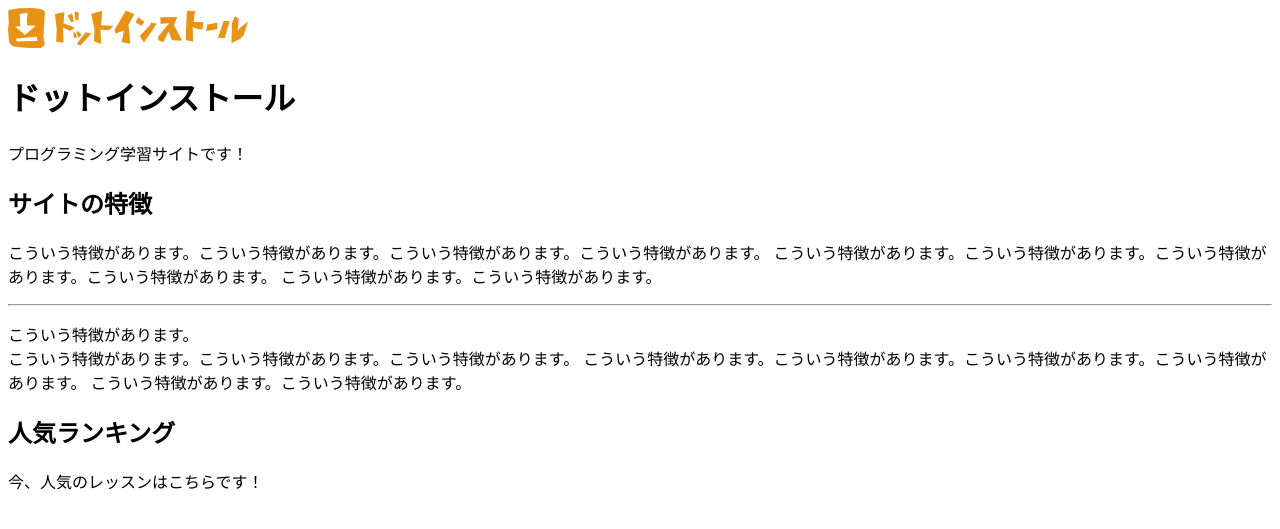
Repository: kojimayu/dotinstall-html
Page: index.html
The author's editor kept a copy of each file at every save. The page is drawn from the files as they stood at one save, then again after the next save.
The browser window is 1280 px wide. The pictures show the whole page.

Above is the page before, as saved 2019-04-04 14:48:56.

After the next save:
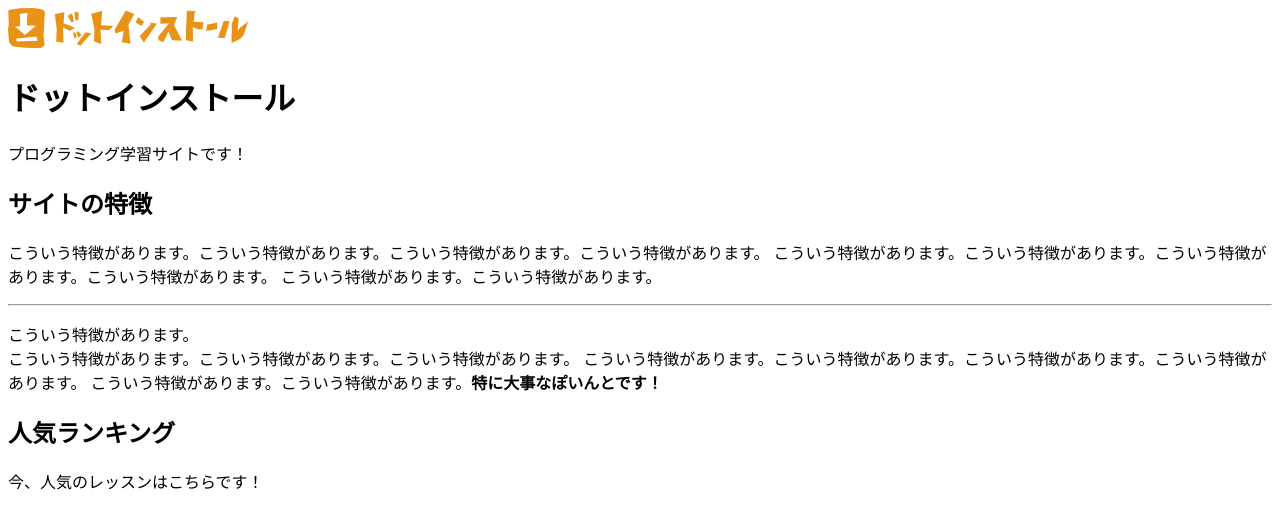
Saved 38 s later.
--- a/index.html
+++ b/index.html
@@ -21,7 +21,7 @@
     <hr>
     <p>こういう特徴があります。<br>こういう特徴があります。こういう特徴があります。こういう特徴があります。
         こういう特徴があります。こういう特徴があります。こういう特徴があります。こういう特徴があります。
-        こういう特徴があります。こういう特徴があります。
+        こういう特徴があります。こういう特徴があります。<strong>特に大事なぽいんとです！</strong>
     </p>
 
     <h2>人気ランキング</h2>
